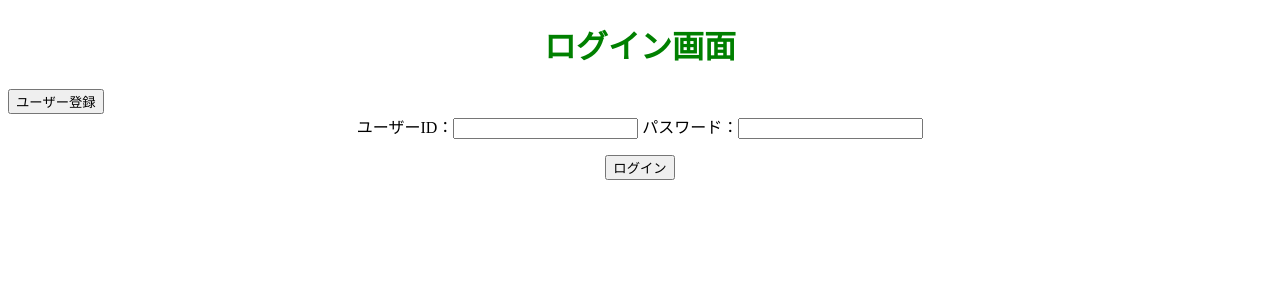
Repository: yasu-0719/Python_Flask
Page: http://localhost/
The author's editor kept a record of every edit. The page is drawn from the files as they stood at one moment, then again after the next edit.
The browser window is 1280 px wide. The pictures show the whole page.
The page is served by the project's application, run on Flask 3 (Python_Flask/app/.~c9_invoke_ByRo0i.py).

Above is the page before.

### Python_Flask/app/templates/login.html
<!DOCTYPE html>
<html>
    <head>
    <meta http-equiv="Pragma" content="no-cache">
    <meta http-equiv="Cache-Control" content="no-cache">
    <link type="text/css" rel="stylesheet" href="{{ url_for('static', filename='index.css') }}"/>
    </head>
    <body>
    <h1 style="text-align: center">ログイン画面</h1>
    <tr class='message'>
        <p>{{ message }}</p>
    </tr>
    <form action="/transit" method="POST">
        <input type="submit" value="ユーザー登録" name="users_register">
    </form>
    <form action="/login" method="POST" style="text-align: center">
        ユーザーID：<input type="text" value="" name="user_id">
        パスワード：<input type="text" value="" name="password">
        <p>
            <input type="submit" value="ログイン" name="login" style="text-align: center">
        </p>
    </form>
    </body>
</html>

### Python_Flask/app/.~c9_invoke_ByRo0i.py
#Flaskとrender_template（HTMLを表示させるための関数）をインポート
from flask import Flask, render_template, request, session
from flask_table import Table, Col
import sqlite3
import pandas as pd
import sys

#Flaskオブジェクトの生成
app = Flask(__name__)

app.secret_key = "aaa"

class Sales(object):
    def __init__(self, name, date, price):
        self.name = name
        self.date = date
        self.price = price

class SalesTable(Table):
    name = Col('商品名')
    date = Col('購入日')
    price = Col('価格')

class Users(object):
    def __init__(self, user_name, user_id, password):
        self.user_name = user_name
        self.user_id = user_id
        self.password = password

class UsersTable(Table):
    user_name = Col('ユーザー名')
    user_id = Col('ユーザーID')
    password = Col('パスワード')


@app.route("/", methods=['GET', 'POST', 'PUT', 'DELETE'])
def index():

    return render_template('login.html')


# ログイン画面処理
@app.route("/login", methods=['GET', 'POST', 'PUT', 'DELETE'])
def login():
    print(request.method)
    # データベースに接続する
    conn = sqlite3.connect('Python_Flask/models/sales.db')
    c = conn.cursor()
    if request.method == 'POST':

    # パスワードを確認して、買い物一覧画面に遷移する
        if 'login' in request.form:
            try:
                df = pd.read_sql_query(sql=u"SELECT password FROM users WHERE user_id ='{user_id}'" .format(
                                            user_id=request.form['user_id']), con=conn)
                if len(df) == 0:
                    raise ValueError("存在しないログインIDです。")
                elif request.form['password'] != df.iloc[0, 0]:
                    raise ValueError("パスワードが間違っています。")
                session["login_user"] = request.form['user_id']
                df = pd.read_sql_query(sql=u"SELECT * FROM sales", con=conn)
                conn.close()
                table = list_results(df)
                return render_template('shopping_list.html', login_user=session["login_user"], table=table)

            except ValueError as e:
                conn.close()
                return render_template('login.html', message=e)


# ログアウト処理
@app.route("/logout", methods=['GET', 'POST', 'PUT', 'DELETE'])
def logout():
    print(request.method)
    # データベースに接続する
    conn = sqlite3.connect('Python_Flask/models/sales.db')
    c = conn.cursor()
    if request.method == 'POST':

        # セッション値を削除してログイン画面に遷移する
        if 'logout' in request.form:
            session.pop('user_id', None)
            return render_template('login.html', message="ログアウトしました。")


# CSV関連の処理
@app.route("/csv", methods=['GET', 'POST', 'PUT', 'DELETE'])
def csv():
    print(request.method)
    # データベースに接続する
    conn = sqlite3.connect('Python_Flask/models/sales.db')
    c = conn.cursor()
    if request.method == 'POST':

         # CSVを取り込んだ結果を画面表示する
        if 'input' in request.form:
             # テーブルの作成
            c.execute('''DROP TABLE IF EXISTS sales''')
            c.execute('''CREATE TABLE sales(name text, date text, price real)''')
            # CSVをpandasで取得する
            df = pd.read_csv('Python_Flask/app/static/csv/list.csv')
            # INSERT文作成と実行
            for i in range(len(df.index)):
                c.execute("INSERT INTO sales VALUES ('{name}', '{date}', '{price}')" .format(
                    name=df.iloc[i, 0], date=df.iloc[i, 1], price=df.iloc[i, 2]))
            # 登録した結果を保存（コミット）する
            conn.commit()


        # リストをCSVに出力する
        elif 'output' in request.form:
            df = pd.read_sql_query(sql=u"SELECT * FROM sales", con=conn)
            df.to_csv('Python_Flask/app/static/csv/list.csv', index=False)


    df = pd.read_sql_query(sql=u"SELECT * FROM sales", con=conn)
    conn.close()
    table = list_results(df)
    return render_template('shopping_list.html', login_user=session["login_user"], table=table)

# データの登録、更新、削除
@app.route("/register_shopping_list", methods=['GET', 'POST', 'PUT', 'DELETE'])
def register_shopping_list():
    print(request.method)
    # データベースに接続する
    conn = sqlite3.connect('Python_Flask/models/sales.db')
    c = conn.cursor()
    if request.method == 'POST':

        # 画面から入力した値を登録する
        if 'register' in request.form:
            try:
                # 全ての項目に入力がなかった場合、例外発生させる
                if request.form['name'] == '' or request.form['date'] == '' or request.form['price'] == '':
                    raise ValueError("全ての項目に入力してください。")
                # 入力した値を登録する
                c.execute("INSERT INTO sales VALUES ('{name}', '{date}', '{price}')" .format(
                name=request.form['name'], date=request.form['date'], price=request.form['price']))
                # 結果を保存（コミット）する
                conn.commit()

            except ValueError as e:
                df = pd.read_sql_query(sql=u"SELECT * FROM sales", con=conn)
                conn.close()
                table = list_results(df)
                return render_template('shopping_list.html', login_user=session["login_user"], message=e, table=table)


        # 画面から入力した値を更新する
        elif 'update' in request.form:
            try:
                # 全ての項目に入力がなかった場合、例外発生させる
                if request.form['name'] == '' or request.form['date'] == '' or request.form['price'] == '':
                    raise ValueError("全ての項目に入力してください。")
                # 入力した値で更新する
                c.execute("UPDATE sales SET date = '{date}',price = '{price}' where name = '{name}'" .format(
                        name=request.form['name'], date=request.form['date'], price=request.form['price']))
                # 結果を保存（コミット）する
                conn.commit()

            except ValueError as e:
                df = pd.read_sql_query(sql=u"SELECT * FROM sales", con=conn)
                conn.close()
                table = list_results(df)
                return render_template('shopping_list.html', login_user=session["login_user"], message=e, table=table)


        # 画面から入力した値を削除する
        elif 'delete' in request.form:
            try:
                # 削除する商品名に入力がなかった場合、例外発生させる
                if request.form['name'] == '':
                    raise ValueError("削除する商品名を入力してください。")
                # 入力した値を削除する
                c.execute("DELETE FROM sales WHERE name = '{name}'" .format(name=request.form['name']))
                # 結果を保存（コミット）する
                conn.commit()

            except ValueError as e:
                df = pd.read_sql_query(sql=u"SELECT * FROM sales", con=conn)
                conn.close()
                table = list_results(df)
                return render_template('shopping_list.html', login_user=session["login_user"], message=e, table=table)


    df = pd.read_sql_query(sql=u"SELECT * FROM sales", con=conn)
    conn.close()
    table = list_results(df)
    return render_template('shopping_list.html', login_user=session["login_user"], table=table)


# ユーザ一覧画面への遷移
@app.route("/users_list", methods=['GET', 'POST', 'PUT', 'DELETE'])
def users_list_transit():
    # データベースに接続する
    conn = sqlite3.connect('Python_Flask/models/sales.db')
    df = pd.read_sql_query(sql=u"SELECT * FROM users", con=conn)
    conn.close()
    table = users_list(df)
    # ユーザ一覧画面に遷移する
    return render_template('users_list.html', login_user=session["login_user"], table=table)


# 買い物一覧画面への遷移
@app.route("/shopping_list", methods=['GET', 'POST', 'PUT', 'DELETE'])
def shopping_list_transit():
    # データベースに接続する
    conn = sqlite3.connect('Python_Flask/models/sales.db')
    df = pd.read_sql_query(sql=u"SELECT * FROM sales", con=conn)
    conn.close()
    table = users_list(df)
    # 買い物一覧画面に遷移する
    return render_template('shopping_list.html', login_user=session["login_user"], table=table)


def list_results(df):
    items = []
    for i in range(len(df.index)):
        items.append(Sales(df.iloc[i, 0], df.iloc[i, 1], df.iloc[i, 2]))
    return SalesTable(items)

def users_list(df):
    items = []
    for i in range(len(df.index)):
        items.append(Users(df.iloc[i, 0], df.iloc[i, 1], df.iloc[i, 2]))
    return UsersTable(items)


if __name__ == '__main__':
    app.run(debug=True)

### Python_Flask/app/static/index.css
h1 {
  color: green;
}
table {
   border-collapse: collapse;   /* 隣接するセルの罫線を重ねて表示する */
   font-family: "メイリオ", sans-serif;/* フォントのスタイルを指定する */
   color: #000000;      /* フォントの色を指定する */
   width: 80%;  /* テーブルの横幅を指定する */
 }
 td, th {
  border: 1px solid #000000;   /* 境界線を実線で指定する */
  background-color: rgba(0,0,0,0.3);/* 背景色を指定する */
  text-align: center;  /* インライン要素の位置を指定する */
  padding: 3px;        /* 要素の余白を指定する(上下左右) */
 }
 th {
  background-color: #31A9EE;   /* 見出しの背景色を指定する */
 }

After the next edit:
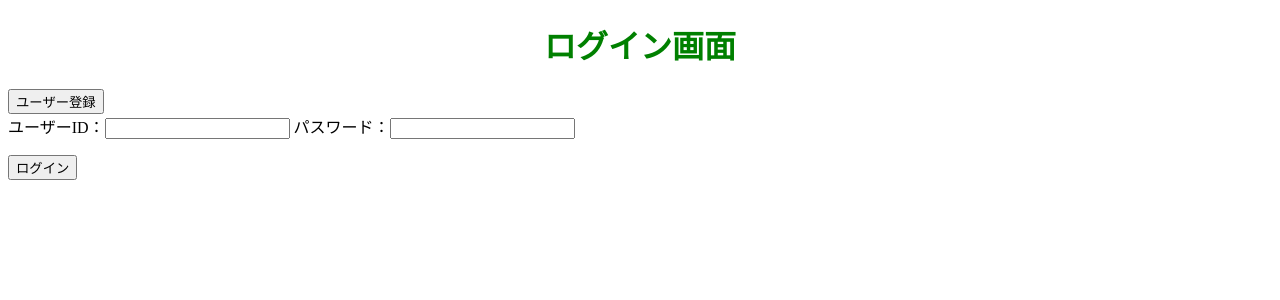
The edit:
--- a/Python_Flask/app/templates/login.html
+++ b/Python_Flask/app/templates/login.html
@@ -13,7 +13,7 @@
     <form action="/transit" method="POST">
         <input type="submit" value="ユーザー登録" name="users_register">
     </form>
-    <form action="/login" method="POST" style="text-align: center">
+    <form action="/login" method="POST" style="text-align:cente;r">
         ユーザーID：<input type="text" value="" name="user_id">
         パスワード：<input type="text" value="" name="password">
         <p>

After the 2 edits that followed:
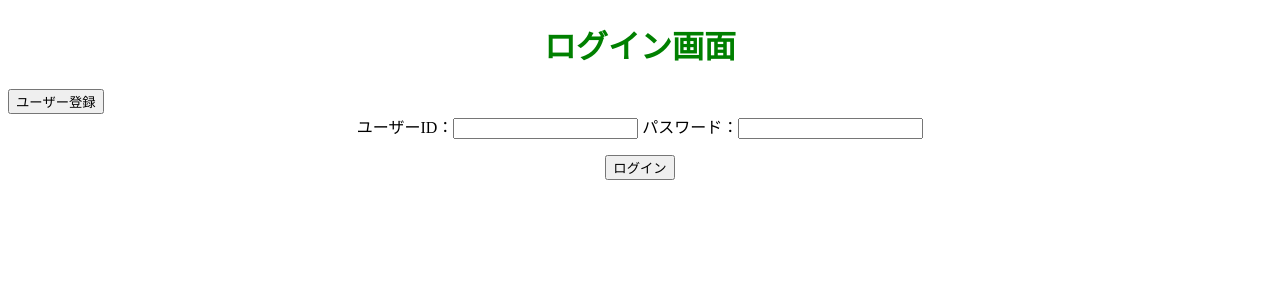
The 2 edits are shown as one change because 1 left the picture as it was.
The edit:
--- a/Python_Flask/app/templates/login.html
+++ b/Python_Flask/app/templates/login.html
@@ -13,11 +13,11 @@
     <form action="/transit" method="POST">
         <input type="submit" value="ユーザー登録" name="users_register">
     </form>
-    <form action="/login" method="POST" style="text-align:cente;r">
+    <form action="/login" method="POST" style="text-align:center;">
         ユーザーID：<input type="text" value="" name="user_id">
         パスワード：<input type="text" value="" name="password">
         <p>
-            <input type="submit" value="ログイン" name="login" style="text-align: center">
+            <input type="submit" value="ログイン" name="login" style="text-align:center;">
         </p>
     </form>
     </body>
